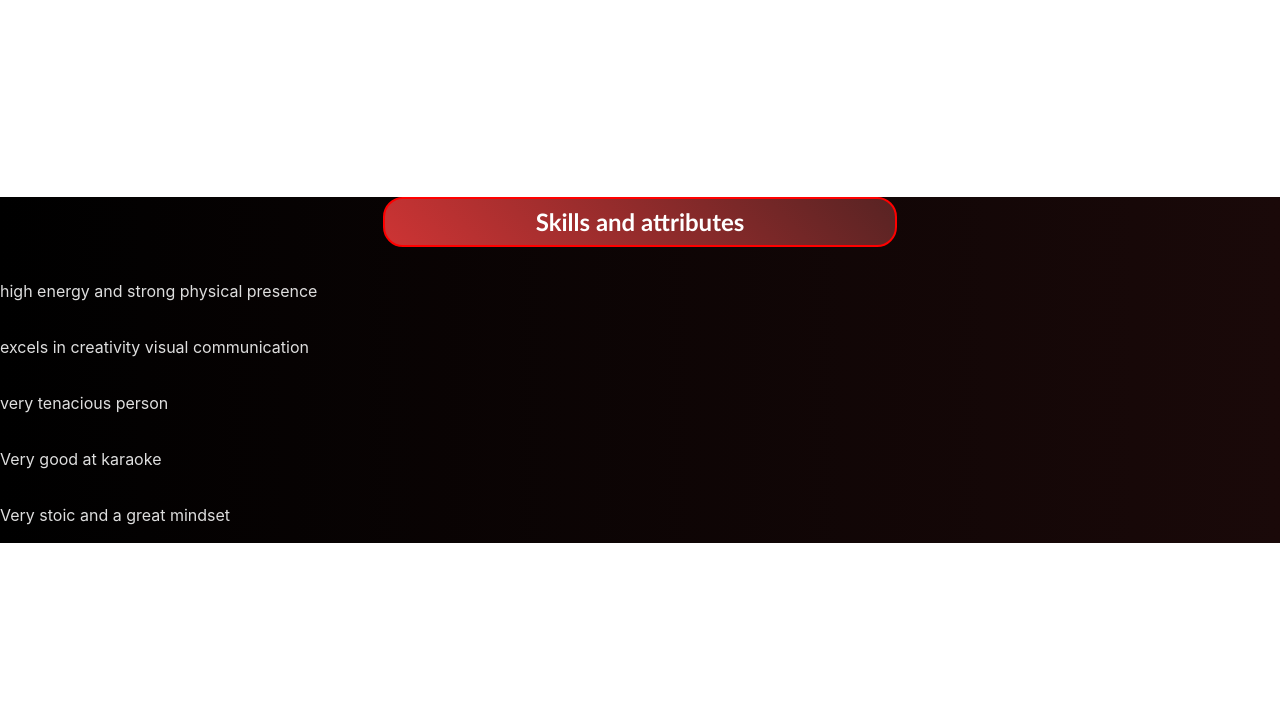
Repository: TMuse333/resume1
Page: /
These files come from the project's save history. The page is drawn as it stood at one moment and after a run of saves; the edit follows.
The browser window is 1280 px wide. The pictures show the whole page.
The project was rebuilt for these pictures with package versions that can differ from the ones it lists, and the page was loaded fresh each time. Also part of the build but not shown: vite.config.js, src/components/navbar.jsx, src/components/about.jsx, src/components/contact.jsx, src/components/footer.jsx, src/components/experience.jsx, src/components/carousel.jsx, src/components/experienceCarousel.jsx and 4 more. Imported but missing from the stored project, and not drawn on this page: src/images/best_dunk.mp4.

Above is the page before, as saved 2023-10-18 14:56:38.

After the next 2 saves:
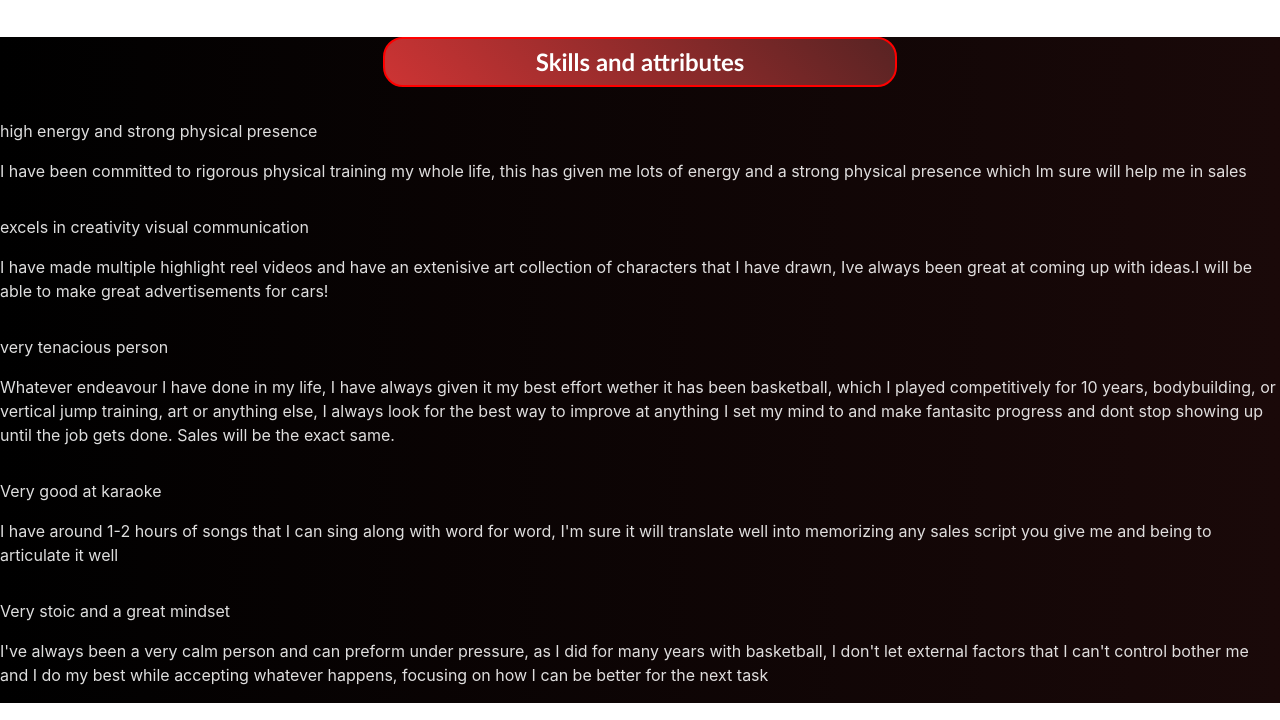
The 2 saves are shown as one change because they came seconds apart.
The last was saved 7 s later.
--- a/src/components/skills.jsx
+++ b/src/components/skills.jsx
@@ -108,7 +108,7 @@ const Skills = () => {
         {attributes.map((skill, index) => (
          <div>
           <p>{skill.name}</p>
-          <p></p>
+          <p>{skill.description}</p>
          </div>
         ))}
       </div>
